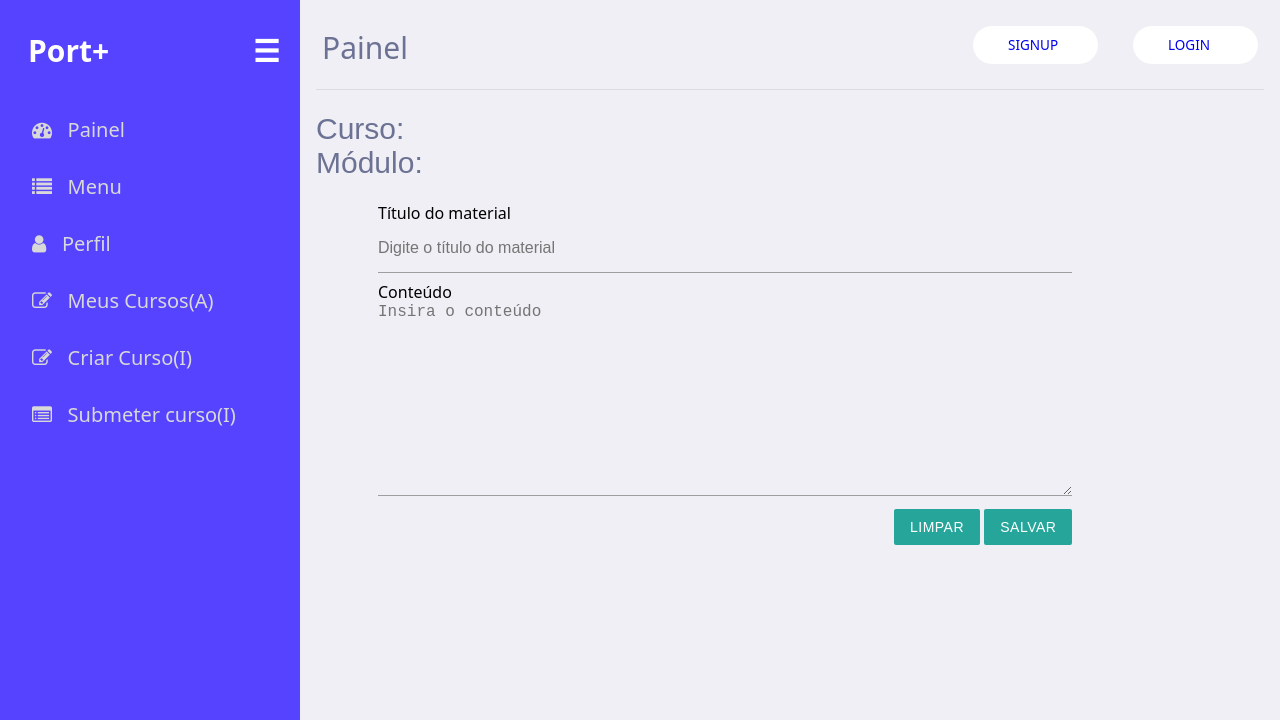
Repository: LauraMViana/Port-plus
Page: http://localhost/portPlus/criarCurso/addConteudo
These files come from the project's save history. The page is drawn as it stood at one moment and after the next save; the edit follows.
The browser window is 1280 px wide. The pictures show the whole page.
The page is this project's Thymeleaf template; nobody is signed in. The template is opened directly, without the code that normally fills it, so the values that code supplies are empty.

Above is the page before, as saved 2021-12-30 15:05:53.

### port/src/main/resources/templates/portPlus/criarCurso/addConteudo.html
<!DOCTYPE html >
<html xmlns:th="http://www.thymeleaf.org">
<head>
<meta charset="UTF-8">
<!-- Compiled and minified CSS -->
<!--
<link rel="stylesheet"
	href="https://cdnjs.cloudflare.com/ajax/libs/materialize/1.0.0/css/materialize.min.css"> -->
<link href="https://fonts.googleapis.com/icon?family=Material+Icons"
	rel="stylesheet">
<link rel="stylesheet" href="/Style.css">
<link rel="stylesheet"
	href="https://cdnjs.cloudflare.com/ajax/libs/font-awesome/4.7.0/css/font-awesome.min.css">
<title>PortPlus</title>
</head>
<body>
	<div th:insert="~{menu :: navside}"></div>
	<div id="main">
		<div th:insert="~{menu :: navbar}"></div>
		<h6>
			Curso: <span th:text="${curso.titulo}"></span> <br>Módulo: <span
				th:text="${modulo.tituloMod}"></span>
		</h6>
		<br>
		<form
			th:action="@{/portPlus/criarCurso/{idC}/{idMod} (idC=${curso.id},idMod=${modulo.id})}"
			method="post">
			<div class="input-field col s10">
				<label for="tituloM">Título do material</label><input
					placeholder="Digite o título do material" id="tituloM" type="text"
					pattern="[a-zA-Z0-9_?!&%$()- ]+" class="validate"
					th:field="${material.tituloMat}">
				<div>
					<label for="mc">Conteúdo</label>
					<textarea placeholder="Insira o conteúdo" id="mc"
						class="materialize-textarea texto" th:field="${material.conteudo}"></textarea>
				</div>

			</div>
			<div class="col s10" id="btn">
				<button class="btn waves-effect waves-light align-center"
					type="reset" name="action">Limpar</button>
				<button class="btn waves-effect waves-light align-center"
					type="submit" name="action">Salvar</button>
			</div>
		</form>
	</div>
	<script
		src="https://ajax.googleapis.com/ajax/libs/jquery/3.5.1/jquery.min.js"></script>
	<script>
		$(".menu").click(function() {
			$("#mySidenav").css('width', '70px');
			$("#main").css('margin-left', '70px');
			$(".logo").css('display', 'none');
			$(".logo1").css('display', 'block');
			$(".logo span").css('visibility', 'visible');
			$(".logo span").css('margin-left', '-10px');
			$(".icon-a").css('visibility', 'hidden');
			$(".icon-a").css('height', '25px');
			$(".icons").css('visibility', 'visible');
			$(".icons").css('margin-left', '-8px');
			$(".menu1").css('display', 'block');
			$(".menu").css('display', 'none');
		});

		$(".menu1").click(function() {
			$("#mySidenav").css('width', '300px');
			$("#main").css('margin-left', '300px');
			$(".logo").css('visibility', 'visible');
			$(".logo").css('display', 'block');
			$(".icon-a").css('visibility', 'visible');
			$(".icons").css('visibility', 'visible');
			$(".menu").css('display', 'block');
			$(".menu1").css('display', 'none');
		});
	</script>
	<script>
		$(document).ready(function() {
			$(".profile p").click(function() {
				$(".profile-div").toggle();
			});
		});
	</script>
</body>
</body>
</html>

### port/src/main/resources/templates/menu.html
<!DOCTYPE html >
<html xmlns:th="http://www.thymeleaf.org">
<head>
<meta charset="UTF-8">
<link rel="stylesheet" href="/Style.css" type="text/css" />
<link rel="stylesheet"
	href="https://cdnjs.cloudflare.com/ajax/libs/font-awesome/4.7.0/css/font-awesome.min.css">
<title>Port+</title>
</head>
<body>

	<!-- sec:authorize="hasRole('VENDAS')"  -->
	<div th:fragment="navside">

		<div id="mySidenav" class="sidenav">
			<p class="logo">
				Port+ <span class="menu">&#9776;</span>
			</p>
			<p class="logo1">
				<span class="menu1">&#9776;</span>
			</p>
			<a href="/" class="icon-a"> <i class="fa fa-dashboard icons"></i>
				&nbsp;&nbsp;Painel
			</a> <a href="/" class="icon-a"><i class="fa fa-list icons"></i>
				&nbsp;&nbsp;Menu</a> <a href="#" class="icon-a"><i
				class="fa fa-user icons"></i> &nbsp;&nbsp;Perfil</a> <a
				href="/portPlus/criarCurso" class="icon-a"><i
				class="fa fa-edit icons"></i> &nbsp;&nbsp;Meus Cursos(A)</a> <a
				href="/portPlus/criarCurso" class="icon-a"><i
				class="fa fa-edit icons"></i> &nbsp;&nbsp;Criar Curso(I)</a><a
				href="/portPlus/meusCursos" class="icon-a"><i
				class="fa fa-list-alt icons"></i> &nbsp;&nbsp;Submeter curso(I)</a>
		</div>
	</div>

	<div id="main">
		<div th:fragment="navbar">
			<div class="head">
				<div class="col-div-6">
					<p class="nav">Painel</p>
				</div>
				<div class="col-div-6">
					<div sec:authorize="isAuthenticated()" class="profile">
						<img src="/Imagens/usuario.png" class="pro-img circle" />
						<p sec:authentication="name">
							Instrutor <i class="fa fa-ellipsis-v dots" aria-hidden="true"></i>
						</p>

						<div class="profile-div">
							<p>
								<a href="#" class="icon-a"><i class="fa fa-user"></i>
									&nbsp;&nbsp;Perfil
							</p>
							<p>
								<i class="fa fa-power-off"></i> &nbsp;&nbsp;Sair
							</p>
						</div>
					</div>
					<div class="login">
						<p sec:authorize="!isAuthenticated()">
							<a href="/portPlus/login">LOGIN</a>
						</p>
						<p sec:authorize="!isAuthenticated()">
							<a href="/portPlus/signup">SIGNUP</a>
						</p>
					</div>
				</div>
				<div class="clearfix"></div>
			</div>
			<div class="clearfix"></div>
			<br />
		</div>
	</div>
	<script
		src="https://ajax.googleapis.com/ajax/libs/jquery/3.5.1/jquery.min.js"></script>
	<script>
		$(".menu").click(function() {
			$("#mySidenav").css('width', '70px');
			$("#main").css('margin-left', '70px');
			$(".logo").css('display', 'none');
			$(".logo1").css('display', 'block');
			$(".logo span").css('visibility', 'visible');
			$(".logo span").css('margin-left', '-10px');
			$(".icon-a").css('visibility', 'hidden');
			$(".icon-a").css('height', '25px');
			$(".icons").css('visibility', 'visible');
			$(".icons").css('margin-left', '-8px');
			$(".menu1").css('display', 'block');
			$(".menu").css('display', 'none');
		});

		$(".menu1").click(function() {
			$("#mySidenav").css('width', '300px');
			$("#main").css('margin-left', '300px');
			$(".logo").css('visibility', 'visible');
			$(".logo").css('display', 'block');
			$(".icon-a").css('visibility', 'visible');
			$(".icons").css('visibility', 'visible');
			$(".menu").css('display', 'block');
			$(".menu1").css('display', 'none');
		});
	</script>
	<script>
		$(document).ready(function() {
			$(".profile p").click(function() {
				$(".profile-div").toggle();

			});

			/* $(".noti-icon").click(function() {
					$(".notification-div").toggle();
				}); */

		});
	</script>
</body>
</html>

### port/src/main/resources/static/Style.css
/* Laura */
body {
	margin: 0px;
	padding: 0px;
	background-color: #efeff5;
	font-family: system-ui;
}

.clearfix {
	clear: both;
}

.logo {
	margin: 0px;
	margin-left: 28px;
	font-weight: bold;
	color: white;
	margin-bottom: 30px;
}

.sidenav {
	height: 100%;
	width: 300px;
	position: fixed;
	z-index: 1;
	top: 0;
	left: 0;
	background-color: #5643ff;
	overflow: hidden;
	padding-top: 30px;
	transition: ease-in-out 0.3s;
}

.menu {
	float: right;
	margin-right: 20px;
	cursor: pointer;
}

.logo1 {
	margin: 0px;
	margin-left: 20px;
	font-weight: bold;
	color: white;
	margin-bottom: 50px;
	display: none;
	cursor: pointer;
}

.menu1 {
	float: left;
	display: none;
}

.sidenav a {
	padding: 15px 8px 15px 32px;
	text-decoration: none;
	font-size: 20px;
	color: #d8d8d8;
	display: block;
}

.sidenav a:hover {
	color: #f1f1f1;
	background-color: #2c1ed6;
}

.sidenav {
	top: 0;
	right: 25px;
	font-size: 30px;
}

#main {
	padding: 16px;
	margin-left: 300px;
}

.head {
	padding: 0px 6px;
	border-bottom: 1px solid #d6d6d8b8;
	padding-bottom: 10px;
}

.col-div-6 {
	width: 50%;
	float: left;
}

.login p {
	color: #6c7293;
	font-weight: 500;
	margin-left: 35px;
	margin-top: 10px;
	font-size: 13.5px;
	background-color: white;
	padding: 10px;
	border-radius: 25px;
	padding-left: 35px;
	width: 80px;
	float: right;
	cursor: pointer;
}

.profile {
	display: inline-block;
	float: right;
	width: 160px;
}

.pro-img {
	float: left;
	width: 40px;
	margin-top: 8px;
	margin-left: 20px;
}

.profile p {
	color: #6c7293;
	font-weight: 500;
	margin-left: 35px;
	margin-top: 10px;
	font-size: 13.5px;
	background-color: white;
	padding: 10px;
	border-radius: 25px;
	padding-left: 35px;
	cursor: pointer;
}

.dots {
	margin-left: 10px;
}

.profile-div {
	background-color: white;
	width: 160px;
	border: 1px solid #ddd;
	padding: 10px 0px;
	right: 2%;
	border-radius: 5px;
	position: absolute;
	z-index: 9;
	display: none;
}

.profile-div:after {
	content: '';
	position: absolute;
	height: 10px;
	width: 10px;
	background-color: white;
	top: -6px;
	border-left: 1px solid #ddd;
	border-top: 1px solid #ddd;
	transform: rotate(45deg);
	right: 10%;
}

.profile-div p {
	margin: 0px;
	padding: 10px 20px;
}

.profile-div p:hover {
	margin: 0px;
	padding: 10px 20px;
	background-color: #5643ff;
	border-radius: 0px;
	color: white;
}

.notification-div {
	background-color: white;
	width: 240px;
	border: 1px solid #ddd;
	padding: 10px 0px;
	right: 16%;
	border-radius: 5px;
	top: 12%;
	position: absolute;
	z-index: 9;
	display: none;
}

.notification-div:after {
	content: '';
	position: absolute;
	height: 10px;
	width: 10px;
	background-color: white;
	top: -6px;
	border-left: 1px solid #ddd;
	border-top: 1px solid #ddd;
	transform: rotate(45deg);
	right: 10%;
}

.noti-head {
	display: block;
	margin: 0px;
	color: #6c7293;
}

.noti-head:hover {
	background-color: white !important;
	color: #6c7293 !important;
}

.noti-head span {
	position: absolute;
	right: 8%;
	top: 10%;
	background-color: #5643ff;
	padding: 1px 5px;
	color: white;
	border-radius: 20px;
}

.hr {
	margin: 0px;
	border: none;
	background-color: #ddd;
	height: 1px;
}

.notification-div p {
	margin: 0px;
	padding: 10px 20px;
	color: #6c7293;
}

.notification-div p span {
	font-size: 11px;
	display: block;
}

.notification-div p:hover {
	margin: 0px;
	padding: 10px 20px;
	background-color: #5643ff;
	border-radius: 0px;
	color: white;
}

.search-icon {
	position: absolute;
	right: 22%;
	top: 25px;
	background-color: white;
	padding: 13px;
	border-radius: 21px;
	color: #6c7293;
	cursor: pointer;
}

.noti-icon {
	position: absolute;
	right: 17%;
	top: 25px;
	background-color: #5643ff;
	padding: 13px;
	border-radius: 21px;
	color: #fff;
	cursor: pointer;
}

.noti-icon:after {
	content: '';
	height: 5px;
	width: 5px;
	border-radius: 5px;
	top: 5px;
	left: 20px;
	position: absolute;
	background-color: red;
}

.col-div-4-1 {
	width: 33.3%;
	float: left;
}

.box {
	width: 88%;
	height: 480px;
	background-color: #ffffff;
	margin-left: 10px;
	padding: 10px;
	box-shadow: 2px 5px 10px #ddd;
	position: relative;
}

.box p {
	color: #6c7293;
	font-weight: 500;
	padding-left: 10px;
}

.number {
	font-size: 35px;
	margin-bottom: 0px;
	margin-top: 20px;
}

.percent {
	margin: 0px;
	font-size: 14px;
	color: #37bf37 !important;
}

.percent span {
	font-size: 12px;
	color: #9398b1;
	padding-left: 3px;
}

.head-1 {
	font-size: 18px !important;
	margin: 10px 0px;
	color: #6c7293;
}

.head-1 span {
	float: right;
	background-color: #5643ff;
	color: white;
	padding: 3px 10px;
	font-size: 15px;
}

.box-icon {
	font-size: 20px !important;
	margin-top: 35px !important;
	color: #5643ff;
	padding-right: 10px;
	background-color: #efeff5;
	padding: 15px;
	border-radius: 25px;
	position: absolute;
	right: 16px;
	top: -18px;
}

.box-1 {
	width: 88%;
	height: 282px;
	background-color: #ffffff;
	margin-left: 10px;
	padding: 10px;
	box-shadow: 2px 5px 10px #ddd;
	position: relative;
}

.m-box {
	color: #6c7293;
	position: relative;
	padding: 0px 12px;
}

.active {
	background-color: #5646ff;
	color: white;
	box-shadow: 4px 3px 7px 3px #3226ad54;
}

.active .no-1 {
	color: #ddd !important;
}

.m-box p {
	display: inline-block;
	margin: 10px 0px;
}

.no {
	position: absolute !important;
	top: 21px;
	right: 15px;
	font-weight: 500;
}

.no-1 {
	font-size: 12px;
	color: #9398b1;
}

.act-p {
	font-size: 13px;
	color: #6c7293;
}

.act-p .fa {
	color: orange !important;
}

.content-box-1 {
	padding: 0px 10px;
}

.col-div-12 {
	width: 100%;
}

.col-div-4 {
	width: 30%;
	float: left;
}

.content-box {
	padding: 20px;
}

.content-box p {
	margin: 0px;
	font-size: 20px;
	color: #6c7293;
}

.content-box p span {
	float: right;
	background-color: #5643ff;
	color: white;
	padding: 3px 10px;
	font-size: 15px;
}

.box-8 {
	width: 97.8%;
	background-color: #fff;
	height: 330px;
}

.nav {
	font-size: 30px;
	cursor: pointer;
	color: #6c7293;
	margin: 11px 0px;
}

.box-8 {
	margin-left: 10px;
}

td, th {
	border: 1px solid #dddddd;
	text-align: left;
	padding: 10px;
}

tr:nth-child(even) {
	background-color: #5643ff29;
	color: #6c7293 !important;
}

.circle-wrap {
	margin: 50px auto;
	width: 150px;
	height: 150px;
	background: #e6e2e7;
	border-radius: 50%;
}

.circle-wrap .circle .mask, .circle-wrap .circle .fill {
	width: 150px;
	height: 150px;
	position: absolute;
	border-radius: 50%;
}

.circle-wrap .circle .mask {
	clip: rect(0px, 150px, 150px, 75px);
}

.circle-wrap .circle .mask .fill {
	clip: rect(0px, 75px, 150px, 0px);
	background-color: #5646ff;
}

.circle-wrap .circle .mask.full, .circle-wrap .circle .fill {
	animation: fill ease-in-out 3s;
	transform: rotate(126deg);
}

@
keyframes fill { 0% {
	transform: rotate(0deg);
}

100










%
{
transform










:










rotate








(










126deg










)








;
}
}
.circle-wrap .inside-circle {
	width: 130px;
	height: 130px;
	border-radius: 50%;
	background: #fff;
	line-height: 130px;
	text-align: center;
	margin-top: 10px;
	margin-left: 10px;
	position: absolute;
	z-index: 100;
	font-weight: 700;
	font-size: 2em;
	color: #6c7293;
}

/* Thais */
h1 {
	font-weight: 400;
	font-family: Century Gothic, Arial, Helvetica, sans-serif;
	color: #6c7293;
	font-size: calc(1.044375rem + 1.7325vw);
}

h4, h6 {
	font-weight: 100;
	font-family: Century Gothic, Arial, Helvetica, sans-serif;
	color: #6c7293;
	font-size: 30px;
	margin: 0px;
}

a {
	text-decoration: none;
}

#btn {
	text-align: right;
}

/*Apresente material  */
.mod-title {
	font-size: 30px;
	color: #d8d8d8;
}

/* Index  */
.box-mod {
	width: 88%;
	height: 30px;
	background-color: #dfdfdf;
	margin-left: 10px;
	padding: 10px;
	position: relative;
	margin-left: 10px;
	padding: 10px;
	border-top: 1px solid #d7dfe3;
	margin-left: 10px;
	margin-bottom: 15px;
}

.box-mod p {
	color: #6c7293;
	font-weight: 500;
	margin: 0px;
	padding: 10px;
	width: 105px;
	margin-left: 90px;
}
/* blocos de curso ou modulos  */
.col-div-4-2 {
	width: 25%;
	float: left;
}

.card.small .card-image+.card-content, .card.medium .card-image+.card-content,
	.card.large .card-image+.card-content {
	max-height: 40%;
}

.card.small .card-content, .card.medium .card-content, .card.large .card-content
	{
	max-height: 100%;
	overflow: hidden;
}

.card .card-content {
	padding: 24px;
	border-radius: 0 0 2px 2px;
}

.card .card-image img {
	display: block;
	border-radius: 2px 2px 0 0;
	position: relative;
	left: 0;
	right: 0;
	top: 0;
	bottom: 0;
	width: 100%;
}

img {
	border-style: none;
}

.card.small .card-image, .card.medium .card-image, .card.large .card-image
	{
	max-height: 60%;
	overflow: hidden;
}

.card .card-image {
	position: relative;
}

.card.small {
	height: 300px;
}

.card.small, .card.medium, .card.large {
	position: relative;
}

.card {
	margin-left: 10px;
	box-shadow: 2px 5px 10px #ddd;
	position: relative;
	height: 250px;
	background-color: #fff;
	-webkit-transition: -webkit-box-shadow .25s;
	transition: -webkit-box-shadow .25s;
	transition: box-shadow .25s;
	transition: box-shadow .25s, -webkit-box-shadow .25s;
	border-radius: 2px;
}

.card {
	position: relative;
	margin: 0.5rem 0 1rem 0;
	background-color: #fff;
	-webkit-transition: -webkit-box-shadow .25s;
	transition: -webkit-box-shadow .25s;
	transition: box-shadow .25s;
	transition: box-shadow .25s, -webkit-box-shadow .25s;
	border-radius: 2px;
}

.image {
	display: block;
	position: relative;
	left: 0;
	right: 0;
	top: 0;
	bottom: 0;
	width: 100%;
	max-height: 70%;
	overflow: hidden;
	max-height: 70%;
	right: 0;
	top: 0;
	bottom: 0;
}

.card {
	margin-left: 10px;
	box-shadow: 2px 5px 10px #ddd;
	position: relative;
	height: 250px;
	background-color: #fff;
	-webkit-transition: -webkit-box-shadow .25s;
	transition: -webkit-box-shadow .25s;
	transition: box-shadow .25s;
	transition: box-shadow .25s, -webkit-box-shadow .25s;
	border-radius: 2px;
}

.card-title-mod {
	display: block;
	line-height: 32px;
	margin-bottom: 8px;
	font-size: 24px;
	font-weight: 300;
}
/* descriçao do curso  */
.mod-d {
	font-size: 18px !important;
	margin: 10px 0px;
	color: #6c7293;
	text-align: justify;
}

/* Pag apresentação Material */
aside {
	width: 260px;
	float: right;
	margin-right: 20px;
	border: 1px solid black;
}

.conteudo {
	padding-left: 15px;
	width: 700px;
	float: left;
	height: 415px;
	text-align: justify;
}

.card.lista {
	background-color: #5643ff;
	width: 259.5px;
	height: 50px;
	text-align: center;
	padding: 5px 0px 5px 0px;
	margin: 0px;
}

.lista li {
	padding: 15px 8px 15px 32px;
	text-decoration: none;
	font-size: 20px;
	color: #d8d8d8;
	display: block;
	text-align: justify;
}

.lista li:hover {
	color: #f1f1f1;
	background-color: #5643ff;
}

.lista a:hover {
	color: #f1f1f1;
	background-color: #5643ff;
}

ul {
	padding: 0px;
	margin: 0px;
	list-style-type: none;
}

textarea.materialize-textarea.texto {
	height: 12rem;
}

input:not([type]), input[type="text"]:not(.browser-default), input[type="url"]:not(.browser-default),
	input[type="number"]:not(.browser-default), textarea.materialize-textarea
	{
	background-color: transparent;
	border-top-width: initial;
	border-right-width: initial;
	border-left-width: initial;
	border-top-color: initial;
	border-right-color: initial;
	border-left-color: initial;
	height: 3rem;
	width: 100%;
	font-size: 16px;
	box-shadow: none;
	box-sizing: content-box;
	border-style: none none solid;
	border-image: initial;
	border-bottom: 1px solid rgb(158, 158, 158);
	border-radius: 0px;
	outline: none;
	margin: 0px 0px 8px;
	padding: 0px;
	transition: box-shadow 0.3s ease 0s, border 0.3s ease 0s,
		-webkit-box-shadow 0.3s ease 0s;
}

form {
	padding-left: 50px;
}

.dados-do-curso, .listarCriarMod {
	padding-left: 50px;
}

.s2 {
	width: 20%;
	display: inline;
}

.col.s3 {
	width: 25%;
	margin-left: auto;
	left: auto;
	right: auto;
}

.col.s4 {
	width: 33.3333333333%;
	margin-left: auto;
	left: auto;
	right: auto;
}

.col.s5 {
	width: 41.6666666667%;
	margin-left: auto;
	left: auto;
	right: auto;
}

.col.s6 {
	width: 50%;
	margin-left: auto;
	left: auto;
	right: auto;
}

.col.s9 {
	width: 75%;
	margin-left: auto;
	left: auto;
	right: auto;
}

.col.s12 {
	width: 100%;
	margin-left: auto;
	left: auto;
	right: auto;
}

.col.s12.cont {
	padding-bottom: 20px;
}

.col {
	float: left;
	-webkit-box-sizing: border-box;
	box-sizing: border-box;
	padding: 0 0.75rem;
	min-height: 1px;
}

.s10 {
	width: 80%;
	margin-left: auto;
	left: auto;
	right: auto;
}

.btn {
	text-decoration: none;
	color: #fff;
	background-color: #26a69a;
	text-align: center;
	letter-spacing: .5px;
	-webkit-transition: background-color .2s ease-out;
	transition: background-color .2s ease-out;
	cursor: pointer;
	border: none;
	border-radius: 2px;
	display: inline-block;
	height: 36px;
	line-height: 36px;
	padding: 0 16px;
	text-transform: uppercase;
	font-size: 14px;
	outline: 0;
	font-size: 14px;
}

.waves-effect {
	position: relative;
	cursor: pointer;
	display: inline-block;
	overflow: hidden;
	-webkit-user-select: none;
	-moz-user-select: none;
	-ms-user-select: none;
	user-select: none;
	-webkit-tap-highlight-color: transparent;
	vertical-align: middle;
	z-index: 1;
	-webkit-transition: .3s ease-out;
	transition: .3s ease-out;
}

.modal.modal-fixed-footer {
	padding: 0;
	height: 70%;
}

.modal {
	display: none;
	position: fixed;
	left: 0;
	right: 0;
	background-color: #fafafa;
	padding: 0;
	max-height: 70%;
	width: 55%;
	margin: auto;
	overflow-y: auto;
	border-radius: 2px;
	will-change: top, opacity;
}

.modal.modal-fixed-footer {
	padding: 0;
	height: 70%;
}

.modal {
	display: none;
	position: fixed;
	left: 0;
	right: 0;
	background-color: #fafafa;
	padding: 0;
	max-height: 70%;
	width: 55%;
	margin: auto;
	overflow-y: auto;
	border-radius: 2px;
	will-change: top, opacity;
}

.z-depth-5, .modal {
	-webkit-box-shadow: 0 24px 38px 3px rgb(0 0 0/ 14%), 0 9px 46px 8px
		rgb(0 0 0/ 12%), 0 11px 15px -7px rgb(0 0 0/ 20%);
	box-shadow: 0 24px 38px 3px rgb(0 0 0/ 14%), 0 9px 46px 8px
		rgb(0 0 0/ 12%), 0 11px 15px -7px rgb(0 0 0/ 20%);
}

.collapsible {
	border-top: 1px solid #ddd;
	border-right: 1px solid #ddd;
	border-left: 1px solid #ddd;
	margin: 0.5rem 0 1rem 0;
}

.collapsible-header {
	display: -webkit-box;
	display: -webkit-flex;
	display: -ms-flexbox;
	display: flex;
	-webkit-tap-highlight-color: transparent;
	line-height: 1.5;
	padding: 1rem;
	background-color: #fff;
	border-bottom: 1px solid #ddd;
	display: -webkit-box;
	display: -webkit-flex;
	display: -ms-flexbox;
	display: flex;
	cursor: pointer;
	-webkit-tap-highlight-color: transparent;
	line-height: 1.5;
	padding: 1rem;
	background-color: #fff;
	border-bottom: 1px solid #ddd;
}

.optCont {
	display: inline-block;
	float: right;
	width: 160px;
}

.optCont a {
	cursor: pointer;
}

.opt {
	background-color: white;
	width: 100px;
	border: 1px solid #ddd;
	padding: 10px 0px;
	right: 10%;
	border-radius: 5px;
	position: absolute;
	z-index: 9;
	display: none;
}

.opt p {
	margin: 0px;
	padding: 10px 20px;
}

.opt p:hover {
	margin: 0px;
	padding: 10px 20px;
	background-color: #5643ff;
	border-radius: 0px;
	color: white;
}

.modal.modal-fixed-footer {
	height: 40%;
	width: 40%;
}

.modal .modal-content {
	padding: 65px 24px 24px 75px;
}

After the next save:
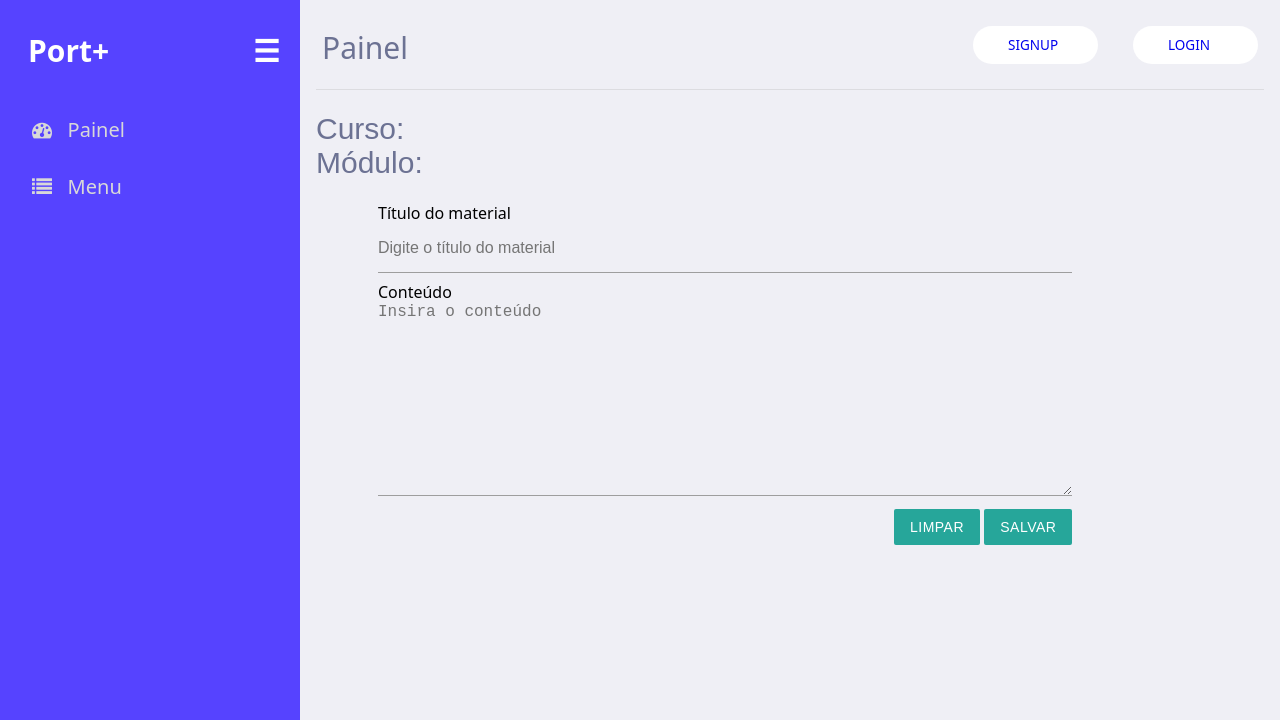
Saved 62 min 4 s later.
--- a/port/src/main/resources/templates/menu.html
+++ b/port/src/main/resources/templates/menu.html
@@ -22,12 +22,14 @@
 			<a href="/" class="icon-a"> <i class="fa fa-dashboard icons"></i>
 				&nbsp;&nbsp;Painel
 			</a> <a href="/" class="icon-a"><i class="fa fa-list icons"></i>
-				&nbsp;&nbsp;Menu</a> <a href="#" class="icon-a"><i
-				class="fa fa-user icons"></i> &nbsp;&nbsp;Perfil</a> <a
+				&nbsp;&nbsp;Menu</a> <a sec:authorize="isAuthenticated()" href="#"
+				class="icon-a"><i class="fa fa-user icons"></i>
+				&nbsp;&nbsp;Perfil</a> <a sec:authorize="isAuthenticated()"
 				href="/portPlus/criarCurso" class="icon-a"><i
 				class="fa fa-edit icons"></i> &nbsp;&nbsp;Meus Cursos(A)</a> <a
-				href="/portPlus/criarCurso" class="icon-a"><i
-				class="fa fa-edit icons"></i> &nbsp;&nbsp;Criar Curso(I)</a><a
+				sec:authorize="isAuthenticated()" href="/portPlus/criarCurso"
+				class="icon-a"><i class="fa fa-edit icons"></i>
+				&nbsp;&nbsp;Criar Curso(I)</a><a sec:authorize="isAuthenticated()"
 				href="/portPlus/meusCursos" class="icon-a"><i
 				class="fa fa-list-alt icons"></i> &nbsp;&nbsp;Submeter curso(I)</a>
 		</div>
